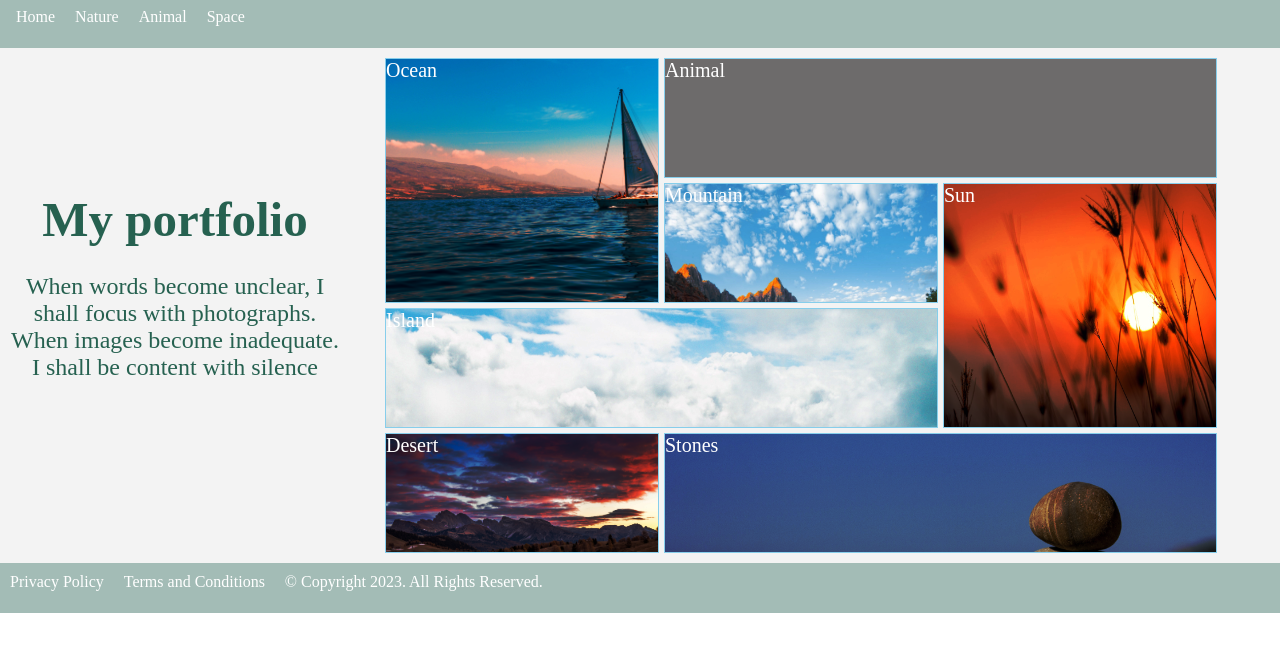
Repository: suraj-yadav7/03_Gallery_Portfolio
Page: index.html
An editor plug-in stored every save of this project. The page is shown before and after the next save, followed by the edit.
The browser window is 1280 px wide. The pictures show the whole page.
Pictures or frames that could not be fetched are drawn as grey boxes. Some web fonts or font styles are not loaded; a fallback is used.

Above is the page before, as saved 2023-02-14 22:01:37.

After the next save:
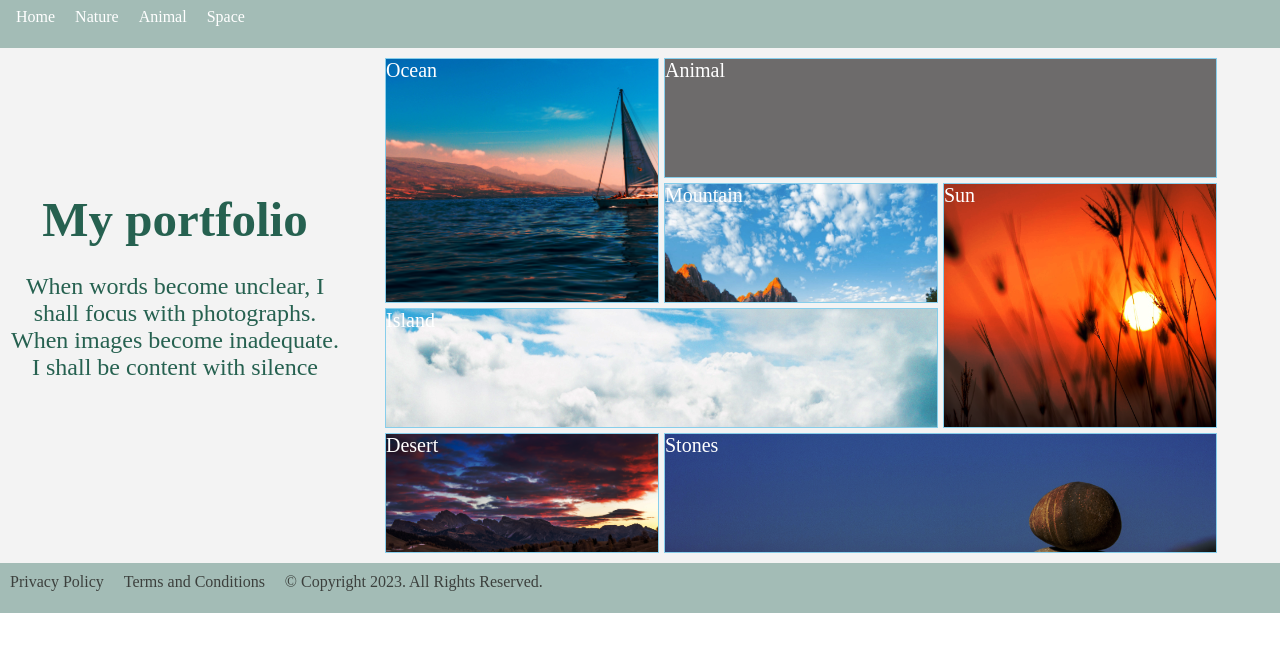
Saved 25 s later.
--- a/style.css
+++ b/style.css
@@ -154,10 +154,11 @@ footer{
     background-color:  #A3BCB6;
     font-family: 'Bodoni Moda', serif;
     font-size: 1rem;
-    color:#3C403D;
 }
 footer a{
 margin:  10px;
+color:#3C403D;
+
 }
 /* media queries for Mobile Responsiveness */
 
